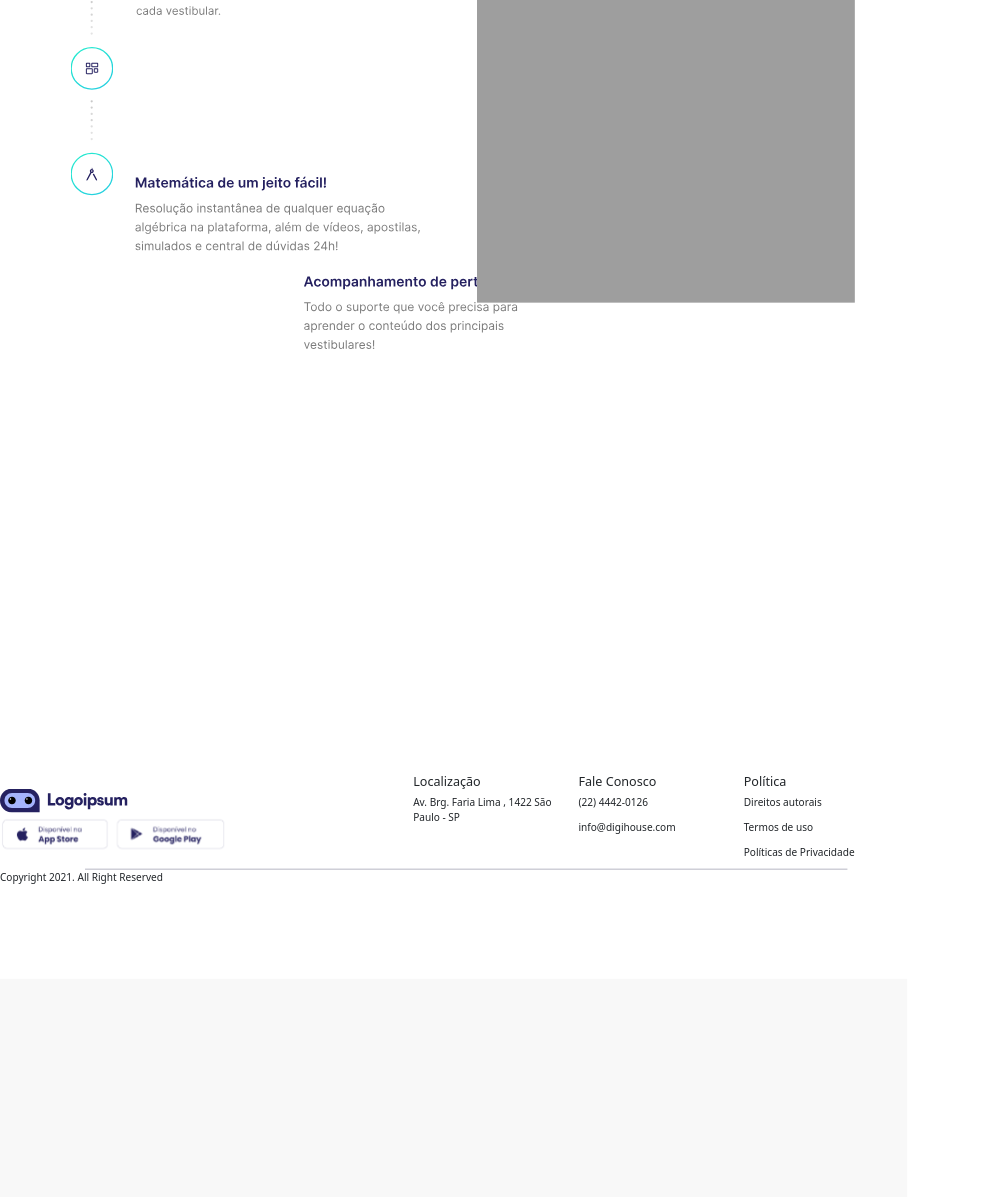
Repository: Williamlmachado/Desafio-Landing-page
Page: index.html
These files come from the project's save history. The page is drawn as it stood at one moment and after the next save; the edit follows.
The browser window is 1280 px wide. The page is 1562 px wide, so the pictures cover 1562 px, including what lies to the right of the window. The pictures show the part of the page from y = 1269 to 3169 px (the page is 3714 px tall), at 63% of full size.
Pictures or frames that could not be fetched are drawn as grey boxes.

Above is the page before, as saved 2021-11-08 16:25:36.

After the next save:
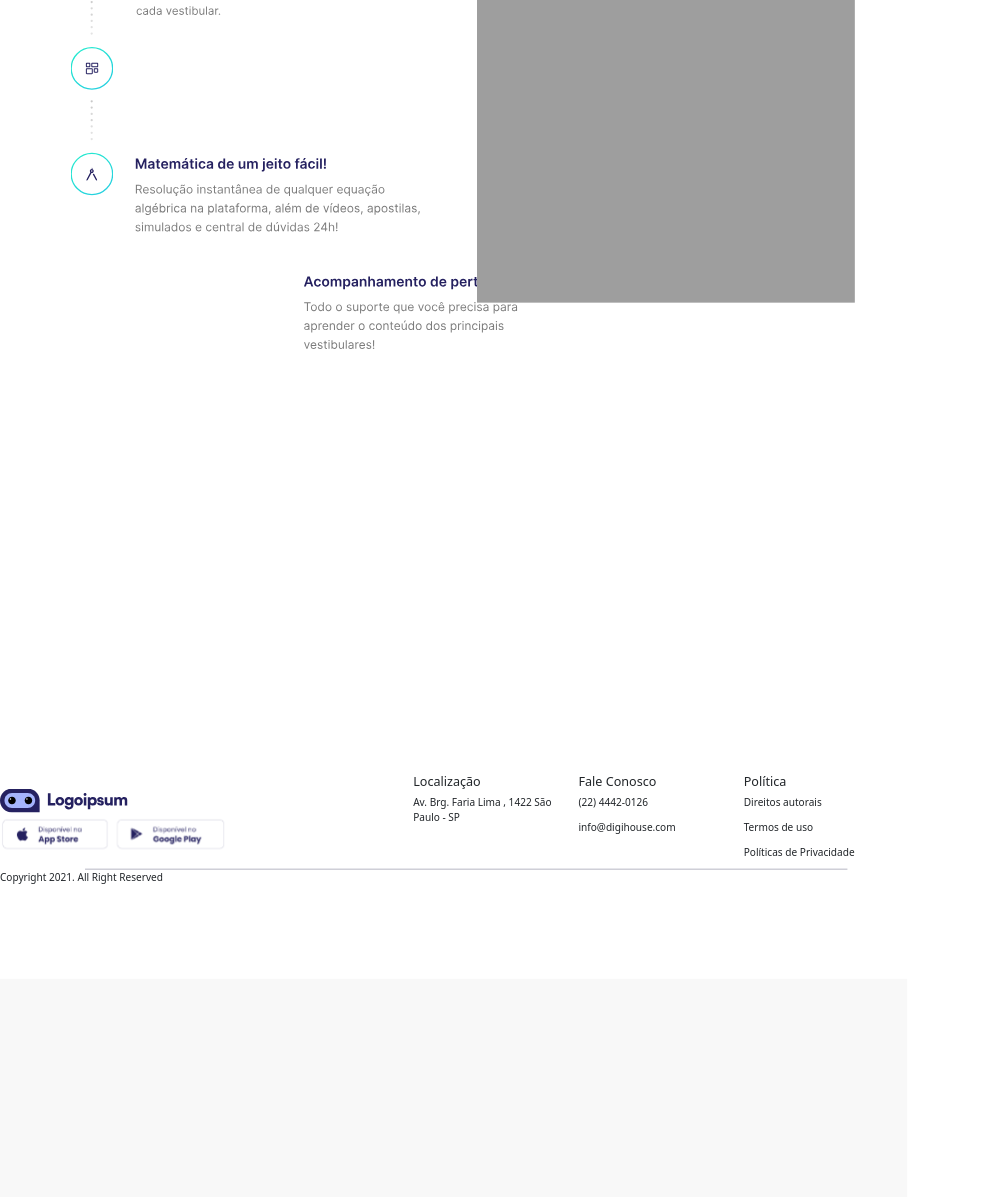
Saved 7 s later.
--- a/style.css
+++ b/style.css
@@ -174,5 +174,5 @@
     width: 510.72px;
     height: 131px;
     left: 214px;
-    top: 643px;
+    top: 613px;
 }
